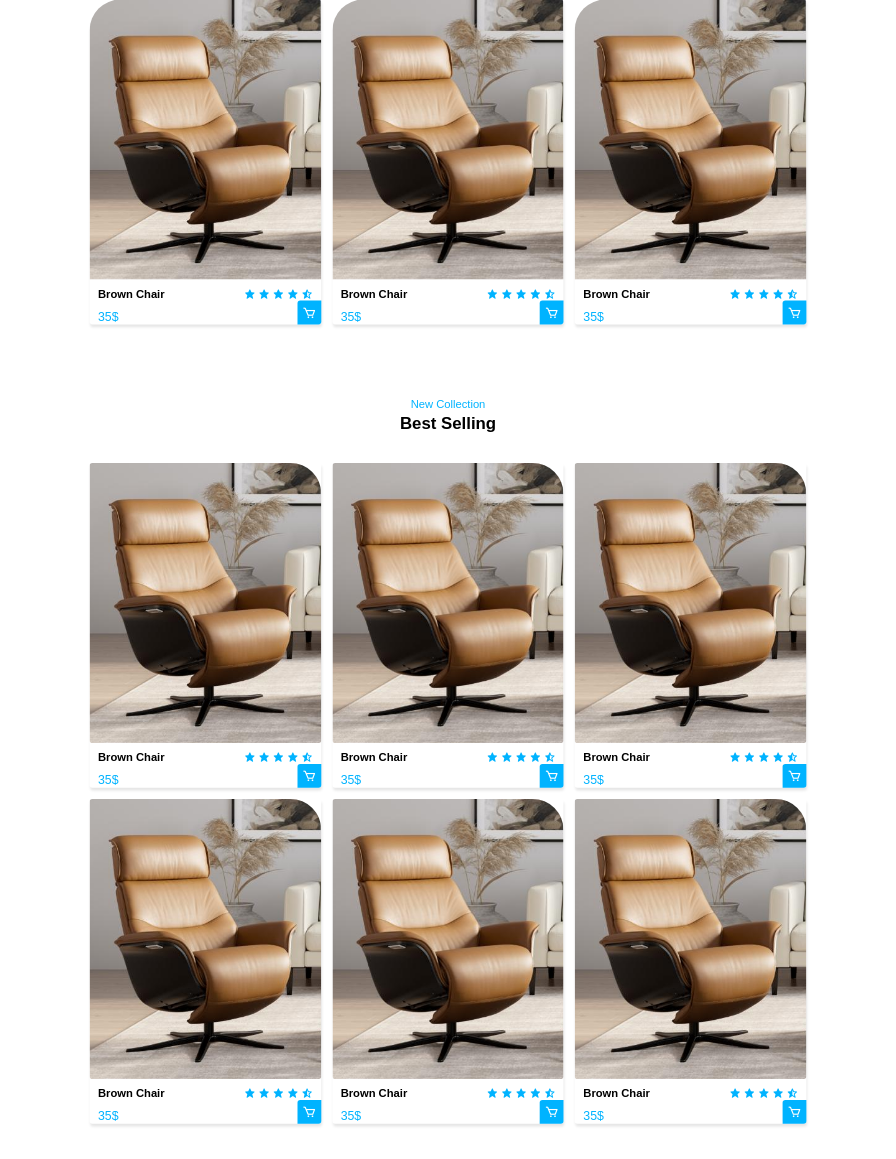
Repository: alishbah7/Choice1
Page: index.html
The author's editor kept a copy of each file at every save. The page is drawn from the files as they stood at one save, then again after the next save.
The browser window is 1280 px wide. The pictures show the part of the page from y = 1348 to 3268 px (the page is 3004 px tall before and 3268 px after), at 70% of full size.
Backgrounds fixed to the window are drawn as part of the page.

Above is the page before, as saved 2024-11-24 10:27:09.

### index.html
<!DOCTYPE html>
<html lang="en">
<head>
    <meta charset="UTF-8">
    <meta name="viewport" content="width=device-width, initial-scale=1.0">
    <title>Navbar</title>

    <!--=== CSS ===-->
    <link rel="stylesheet" href="style.css">

    <!--=== BOXICONS ===-->
    <link href='https://unpkg.com/boxicons@2.1.4/css/boxicons.min.css' rel='stylesheet' />
</head>
<body>
    <!------------ header ------------>
    <header>
        <a href="#" class="logo">Choice <span>1.</span></a>
        <div class="bx bx-menu" id="menu-icon"></div>

        <ul class="navbar">
            <li><a href="#home">Home</a></li>
            <li><a href="#shop">Shop</a></li>
            <li><a href="#new">New Arrival</a></li>
            <li><a href="#about">About</a></li>
            <li><a href="#brands">Our Partners</a></li>
            <li><a href="#contact">Contact</a></li>
        </ul>
    </header>

    <!------------ home ------------>
    <section class="home" id="home">
        <div class="home-text">
            <h1><span>Make</span> Your Comfort <br> Is Our <span>Happiness</span></h1>
            <p>Lorem, ipsum dolor sit amet consectetur adipisicing elit. <br> Expedita totam consequuntur fuga quis aperiam nulla.</p>
            <a href="shop" class="btn">Shop Now</a>
        </div>
    </section>

    <!------------ shop ------------>
    <section class="shop" id="shop">
        <div class="heading">
            <span>New Arrival</span>
            <h1>Shop Now</h1>
        </div>
        <!------------ content ------------>
        <div class="shop-container">
            <!------------ box1 ------------>
            <div class="box">
                <div class="box-img">
                    <img src="img/img1.jpg" alt="">
                </div>
                <div class="title-price">
                    <h3>Brown Chair</h3>
                    <div class="stars">
                        <i class="bx bxs-star"></i>
                        <i class="bx bxs-star"></i>
                        <i class="bx bxs-star"></i>
                        <i class="bx bxs-star"></i>
                        <i class="bx bxs-star-half"></i>
                    </div>
                </div>
                <span>35$</span>
                <i class="bx bx-cart"></i>
            </div>
            <!------------ box2 ------------>
            <div class="box">
                <div class="box-img">
                    <img src="img/img1.jpg" alt="">
                </div>
                <div class="title-price">
                    <h3>Brown Chair</h3>
                    <div class="stars">
                        <i class="bx bxs-star"></i>
                        <i class="bx bxs-star"></i>
                        <i class="bx bxs-star"></i>
                        <i class="bx bxs-star"></i>
                        <i class="bx bxs-star-half"></i>
                    </div>
                </div>
                <span>35$</span>
                <i class="bx bx-cart"></i>
            </div>
            <!------------ box3 ------------>
            <div class="box">
                <div class="box-img">
                    <img src="img/img1.jpg" alt="">
                </div>
                <div class="title-price">
                    <h3>Brown Chair</h3>
                    <div class="stars">
                        <i class="bx bxs-star"></i>
                        <i class="bx bxs-star"></i>
                        <i class="bx bxs-star"></i>
                        <i class="bx bxs-star"></i>
                        <i class="bx bxs-star-half"></i>
                    </div>
                </div>
                <span>35$</span>
                <i class="bx bx-cart"></i>
            </div>
            <!------------ box4 ------------>
            <div class="box">
                <div class="box-img">
                    <img src="img/img1.jpg" alt="">
                </div>
                <div class="title-price">
                    <h3>Brown Chair</h3>
                    <div class="stars">
                        <i class="bx bxs-star"></i>
                        <i class="bx bxs-star"></i>
                        <i class="bx bxs-star"></i>
                        <i class="bx bxs-star"></i>
                        <i class="bx bxs-star-half"></i>
                    </div>
                </div>
                <span>35$</span>
                <i class="bx bx-cart"></i>
            </div>
            <!------------ box5 ------------>
            <div class="box">
                <div class="box-img">
                    <img src="img/img1.jpg" alt="">
                </div>
                <div class="title-price">
                    <h3>Brown Chair</h3>
                    <div class="stars">
                        <i class="bx bxs-star"></i>
                        <i class="bx bxs-star"></i>
                        <i class="bx bxs-star"></i>
                        <i class="bx bxs-star"></i>
                        <i class="bx bxs-star-half"></i>
                    </div>
                </div>
                <span>35$</span>
                <i class="bx bx-cart"></i>
            </div>
            <!------------ box6 ------------>
            <div class="box">
                <div class="box-img">
                    <img src="img/img1.jpg" alt="">
                </div>
                <div class="title-price">
                    <h3>Brown Chair</h3>
                    <div class="stars">
                        <i class="bx bxs-star"></i>
                        <i class="bx bxs-star"></i>
                        <i class="bx bxs-star"></i>
                        <i class="bx bxs-star"></i>
                        <i class="bx bxs-star-half"></i>
                    </div>
                </div>
                <span>35$</span>
                <i class="bx bx-cart"></i>
            </div>
        </div>
    </section>
    <!------------ new arrival ------------>
    <section class="new" id="new">
        <div class="heading">
            <span>New Collection</span>
            <h1>Best Selling</h1>
        </div>
    <!------------ content ------------>
    <div class="new-container">
        <!------------ box1 ------------>
        <div class="box">
            <div class="box-img">
                <img src="img/img1.jpg" alt="">
            </div>
            <div class="title-price">
                <h3>Brown Chair</h3>
                <div class="stars">
                    <i class="bx bxs-star"></i>
                    <i class="bx bxs-star"></i>
                    <i class="bx bxs-star"></i>
                    <i class="bx bxs-star"></i>
                    <i class="bx bxs-star-half"></i>
                </div>
            </div>
            <span>35$</span>
            <i class="bx bx-cart"></i>
        </div>
        <!------------ box2 ------------>
        <div class="box">
            <div class="box-img">
                <img src="img/img1.jpg" alt="">
            </div>
            <div class="title-price">
                <h3>Brown Chair</h3>
                <div class="stars">
                    <i class="bx bxs-star"></i>
                    <i class="bx bxs-star"></i>
                    <i class="bx bxs-star"></i>
                    <i class="bx bxs-star"></i>
                    <i class="bx bxs-star-half"></i>
                </div>
            </div>
            <span>35$</span>
            <i class="bx bx-cart"></i>
        </div>
        <!------------ box3 ------------>
        <div class="box">
            <div class="box-img">
                <img src="img/img1.jpg" alt="">
            </div>
            <div class="title-price">
                <h3>Brown Chair</h3>
                <div class="stars">
                    <i class="bx bxs-star"></i>
                    <i class="bx bxs-star"></i>
                    <i class="bx bxs-star"></i>
                    <i class="bx bxs-star"></i>
                    <i class="bx bxs-star-half"></i>
                </div>
            </div>
            <span>35$</span>
            <i class="bx bx-cart"></i>
        </div>
        <!------------ box4 ------------>
        <div class="box">
            <div class="box-img">
                <img src="img/img1.jpg" alt="">
            </div>
            <div class="title-price">
                <h3>Brown Chair</h3>
                <div class="stars">
                    <i class="bx bxs-star"></i>
                    <i class="bx bxs-star"></i>
                    <i class="bx bxs-star"></i>
                    <i class="bx bxs-star"></i>
                    <i class="bx bxs-star-half"></i>
                </div>
            </div>
            <span>35$</span>
            <i class="bx bx-cart"></i>
        </div>
        <!------------ box5 ------------>
        <div class="box">
            <div class="box-img">
                <img src="img/img1.jpg" alt="">
            </div>
            <div class="title-price">
                <h3>Brown Chair</h3>
                <div class="stars">
                    <i class="bx bxs-star"></i>
                    <i class="bx bxs-star"></i>
                    <i class="bx bxs-star"></i>
                    <i class="bx bxs-star"></i>
                    <i class="bx bxs-star-half"></i>
                </div>
            </div>
            <span>35$</span>
            <i class="bx bx-cart"></i>
        </div>
        <!------------ box6 ------------>
        <div class="box">
            <div class="box-img">
                <img src="img/img1.jpg" alt="">
            </div>
            <div class="title-price">
                <h3>Brown Chair</h3>
                <div class="stars">
                    <i class="bx bxs-star"></i>
                    <i class="bx bxs-star"></i>
                    <i class="bx bxs-star"></i>
                    <i class="bx bxs-star"></i>
                    <i class="bx bxs-star-half"></i>
                </div>
            </div>
            <span>35$</span>
            <i class="bx bx-cart"></i>
        </div>
    </div>
</section>


</body>
</html>

### style.css
*{
    margin: 0;
    padding: 0;
    box-sizing: border-box;
    scroll-behavior: smooth;
    scroll-padding-top: 2rem;
    list-style: none;
    text-decoration: none;
    font-family: "Poppins", sans-serif;
}

:root{
    --text-color: #000000;
    --main-color: #00b3ff;
}

section{
    padding: 50px 10%;
}

header{
    position: fixed;
    width: 100%;
    top: 0;
    right: 0;
    z-index: 1000;
    display: flex;
    align-items: center;
    justify-content: space-between;
    padding: 18px 100px;
    background: #edecea;
}

.logo{
    font-size: 1.2rem;
    font-weight: 600;
    color: var(--text-color);
}

.logo span{
    color: var(--main-color);
}

.navbar{
    position: relative;
    display: flex;
}

.navbar a{
    font-size: 1rem;
    padding: 10px 20px;
    font-weight: 500;
    color: var(--text-color);
}

.navbar a:hover{
    color: var(--main-color);
}

#menu-icon{
    font-size: 2rem;
    cursor: pointer;
    display: none;
}

.home{
    width: 100%;
    min-height: 100vh;
    background-image: url(img/furniture2.jpg);
    background-repeat: no-repeat;
    background-size: cover;
    background-position: right;
    background-attachment: fixed;
    display: flex;
    align-items: center;
}

.home-text h1{
    font-size: 2.7rem;
    color: #fff;
}

.home-text p{
    font-size: 0.938rem;
    margin: 0.4rem 0 1.8rem;
    color: #fff;
}

.home-text span{
    color: var(--main-color);
}

.btn{
    padding: 10px 14px;
    background: var(--main-color);
    color: #fff;
    border-radius: 0.3rem;
    font-size: 14px;
}

.btn:hover{
    background-color: #ffffff00;
    border: 2px solid var(--main-color);
}

.heading span{
    display: flex;
    align-items: center;
    justify-content: center;
    color: var(--main-color);
    padding: 5px;
}

.heading h1{
    display: flex;
    align-items: center;
    justify-content: center;
    padding-bottom: 10px;
}

.shop-container, .new-container {
    display: grid;
    grid-template-columns: repeat(auto-fit, minmax(300px, auto));
    gap: 1rem;
    margin-top: 2rem;
}

.box{
    position: relative;
    box-shadow: 1px 4px 4px rgb(0, 0, 0, 0.1);
    border-radius: 44px 4px 4px 4px;
}

.box .box-img{
    width: 100%;
    height: 400px;
    overflow: hidden;
    border-radius: 44px 4px 0 0;
}

.box .box-img img{
    width: 100%;
    height: 100%;
    object-fit: cover;
    object-position: center;
}

.box .box-img img:hover{
    transform: scale(1.1);
    transition: 0.5s;
}

.title-price{
    display: flex;
    justify-content: space-between;
    padding: 12px;
}

.title-price h3{
    font-size: 1rem;
    font-weight: 600;
}

.box span{
    font-size: 1.1rem;
    font-weight: 500;
    padding-left: 12px;
    color: var(--main-color);
}

.stars .bx{
    color: var(--main-color);
}

.box .bx-cart{
    position: absolute;
    bottom: 0;
    right: 0;
    padding: 7px;
    font-size: 20px;
    color: #fff;
    border-radius: 4px 0 4px 0;
    background: var(--main-color);
}

.box .bx-cart:hover{
    color: var(--main-color);
    background-color: #fff;
    border: 1px solid var(--main-color);
    cursor: pointer;
}

.new-container .box{
    border-radius: 4px;
}

.new-container .box .box-img{
    border-radius: 4px 44px 4px 4px;
}

After the next save:
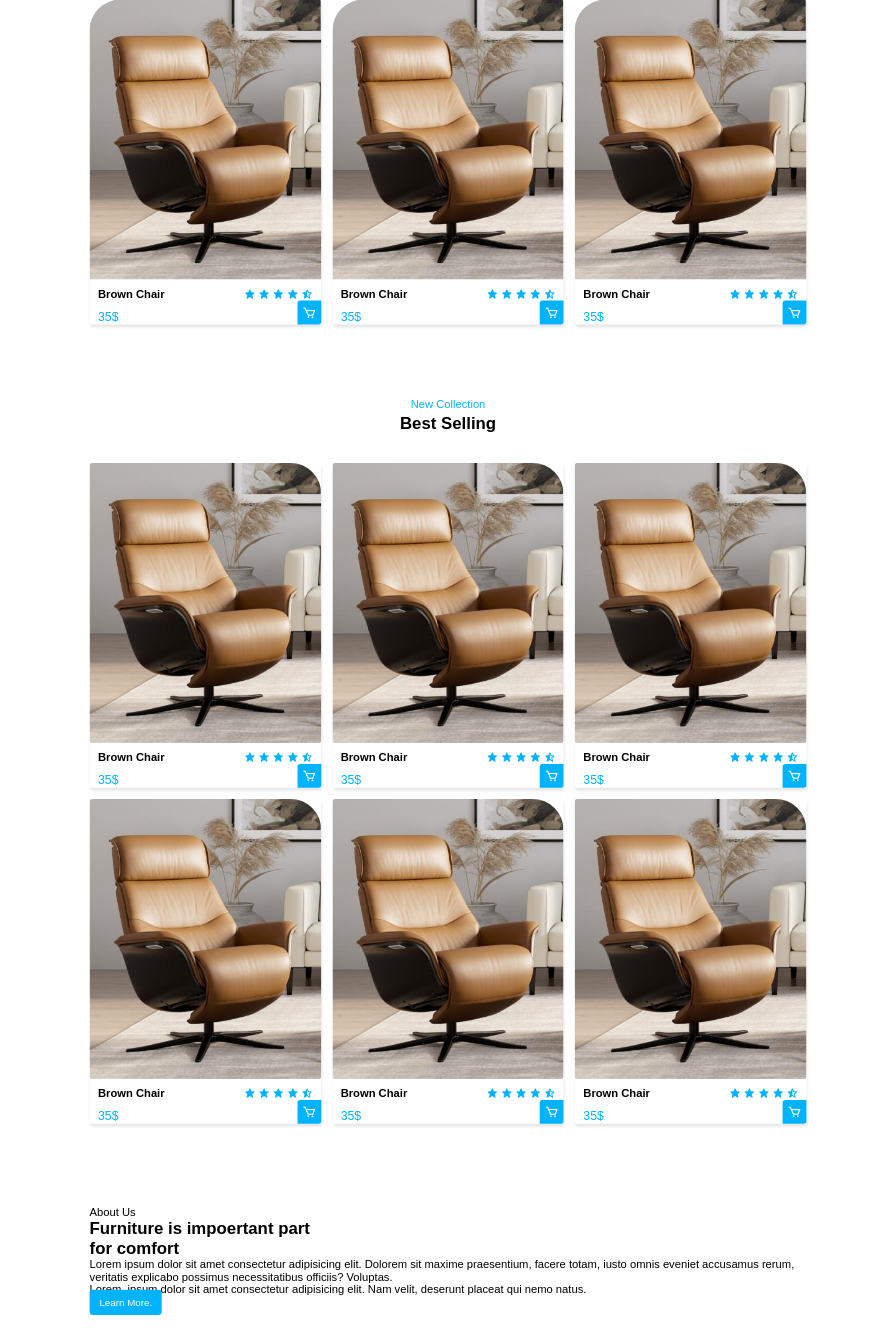
Saved 10 min 35 s later.
--- a/index.html
+++ b/index.html
@@ -272,6 +272,19 @@
         </div>
     </div>
 </section>
+<!------------ about ------------>
+<section class="about" id="about">
+    <div class="about-img">
+        <img src="" alt="">
+    </div>
+    <div class="about-text">
+        <span>About Us</span>
+        <h2>Furniture is impoertant part <br>for comfort</h2>
+        <p>Lorem ipsum dolor sit amet consectetur adipisicing elit. Dolorem sit maxime praesentium, facere totam, iusto omnis eveniet accusamus rerum, veritatis explicabo possimus necessitatibus officiis? Voluptas.</p>
+        <p>Lorem, ipsum dolor sit amet consectetur adipisicing elit. Nam velit, deserunt placeat qui nemo natus.</p>
+        <a href="#shop" class="btn">Learn More.</a>
+    </div>
+</section>
 
 
 </body>
